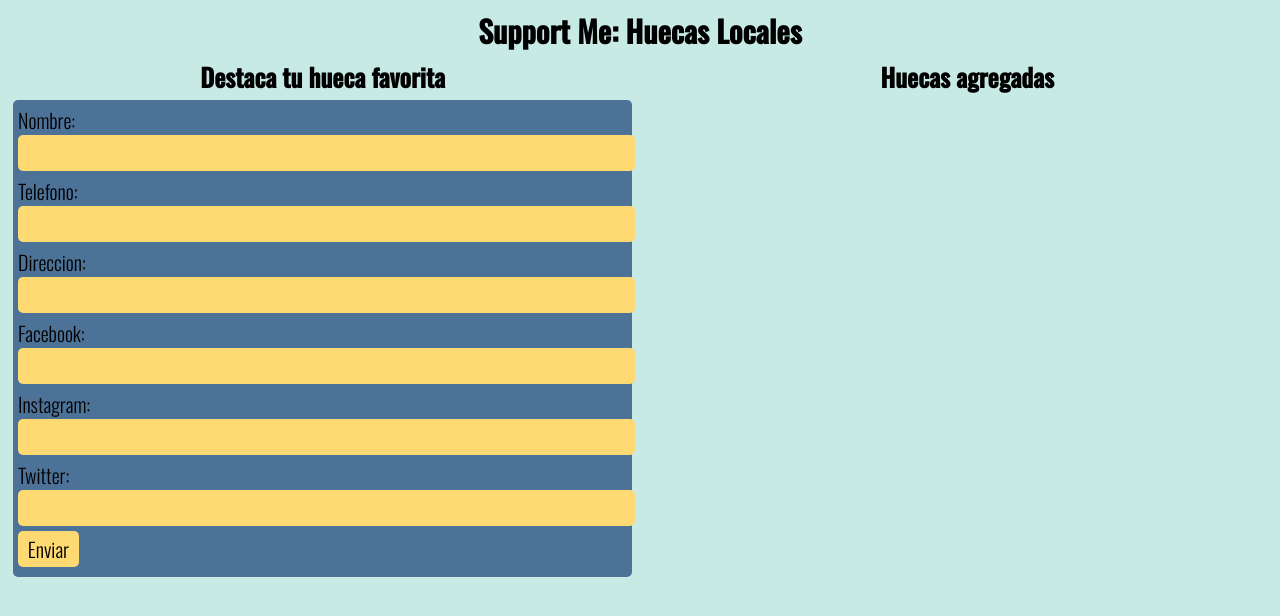
Repository: renzopachecoj/huecas-website
Page: index.html
An editor plug-in stored every save of this project. The page is shown before and after the next save, followed by the edit.
The browser window is 1280 px wide. The pictures show the whole page.

Above is the page before, as saved 2020-08-01 15:27:39.

### index.html
<!DOCTYPE html>
<html>
<head>
    <title>Huecas</title>
    <link rel="stylesheet" href="styles.css">
</head>
<body>
    <h1>Support Me: Huecas Locales</h1>
    <div id="content">
    <div class="col">
        <h2>Destaca tu hueca favorita</h2>
        <form action="huecas.php" method="post">
            Nombre: <input type="text" name="nombre"><br>
            Telefono: <input type="tel" name="telefono"><br>
            Direccion: <input type="text" name="direccion"><br>
            Facebook: <input type="url" name="facebook"><br>
            Instagram: <input type="url" name="instagram"><br>
            Twitter: <input type="url" name="twitter"><br>
            <input type="submit" value="Enviar">
        </form>
    </div>
    <div class="col">
        <h2>Huecas agregadas</h2>
    </div>
</div>
</body>
</html>

### styles.css
@import url('https://fonts.googleapis.com/css2?family=Oswald:wght@300;500&display=swap');

* {
    font-family: 'Oswald', sans-serif;
    font-weight: lighter;
    font-size: 20px;
}
body{
    background-color: #c7eae4;
}
h1{
    font-size: 30px;
    font-weight: bold;
    width: 100%;
    text-align: center;
    margin: 5px 0px 5px 0px;
}
h2{
    font-size: 25px;
    font-weight: bold;
    width: 100%;
    text-align: center;
    margin: 0px 0px 5px 0px;
}
.col{
    display: flex;
    flex-direction: column;
    width: 49%;
}
#content{
    display: flex;
    flex-direction: row;
    float: left;
    column-gap: 2%;
    width: 100%;
    margin: 0px 5px 5px 5px;
}
input{
    width: 100%;
    margin: 0px 0px 5px 0px;
    border-radius: 5px;
    border-color: transparent;
    background-color: #FFD972;
    align-self: stretch;
}
input[value="Enviar"]{
    width: 10%;
    z-index: 100;
}
form{
    background-color: #4D7298;
    padding: 5px 5px 5px 5px;
    border-radius: 5px;
}

After the next save:
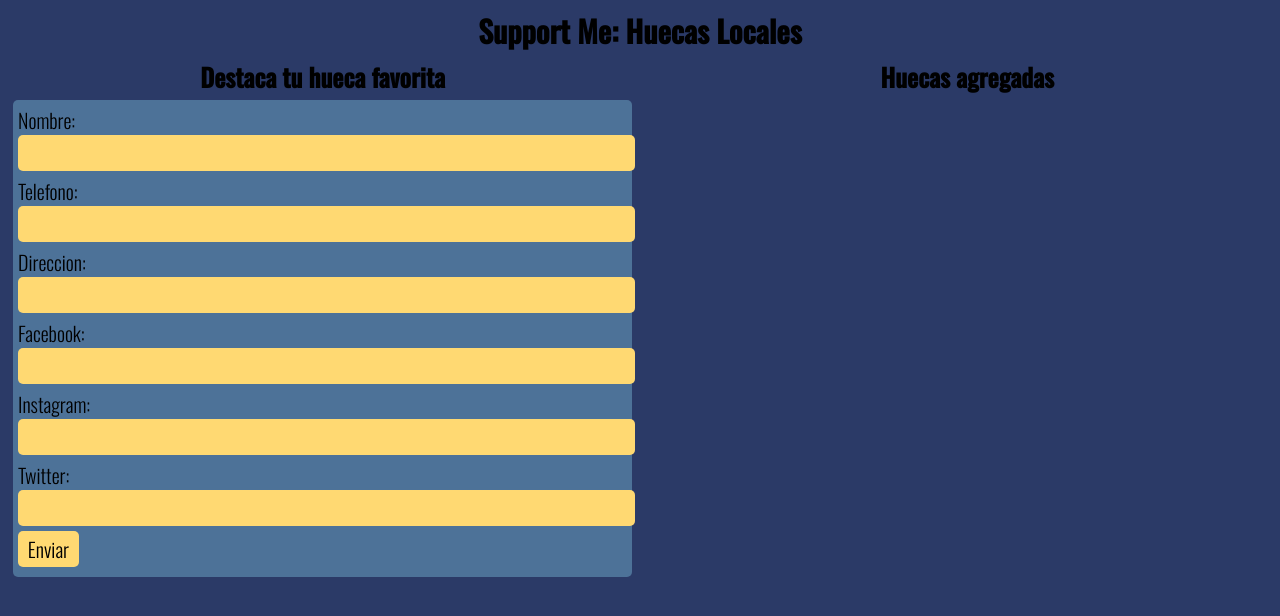
Saved 41 s later.
--- a/styles.css
+++ b/styles.css
@@ -6,7 +6,7 @@
     font-size: 20px;
 }
 body{
-    background-color: #c7eae4;
+    background-color: #2B3A67;
 }
 h1{
     font-size: 30px;
